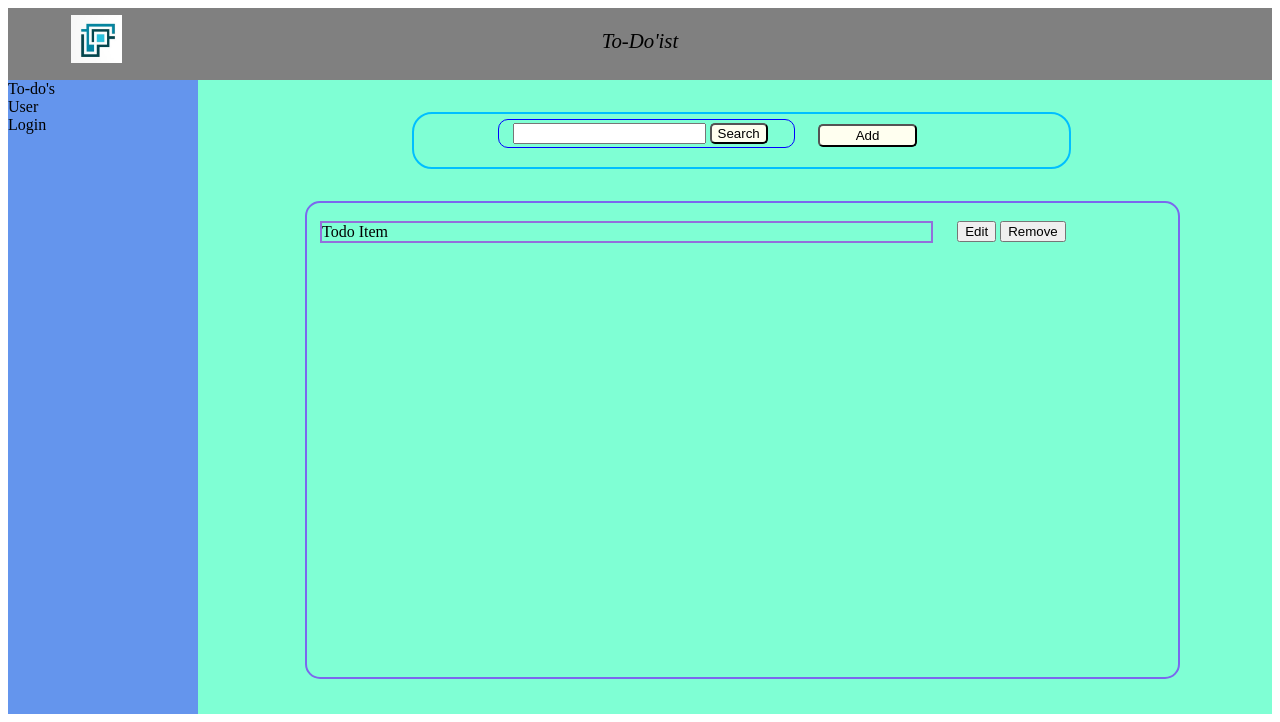
Repository: tavisca-pkadam/Todo-Website
Page: home.html
These files come from the project's save history. The page is drawn as it stood at one moment and after a run of saves; the edit follows.
The browser window is 1280 px wide. The pictures show the whole page.

Above is the page before, as saved 2019-08-20 08:03:15.

After the next 3 saves:
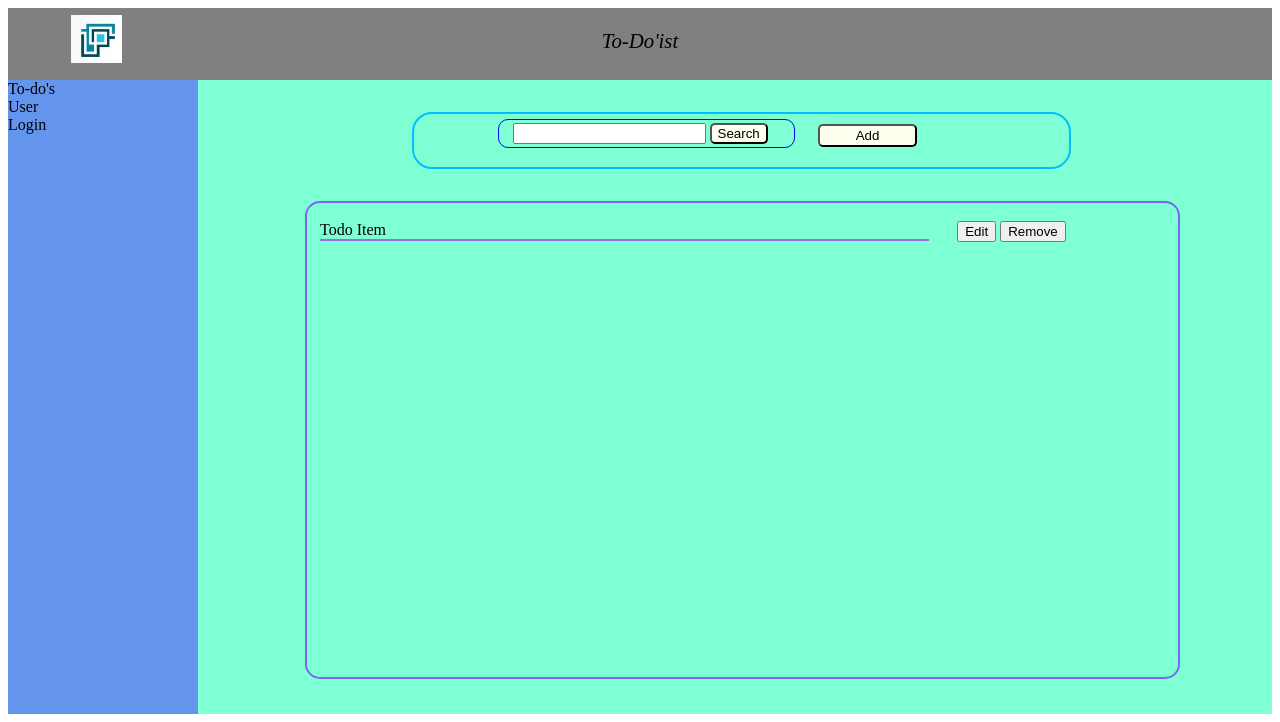
The 3 saves are shown as one change because they came seconds apart.
The last was saved 60 s later.
--- a/main.css
+++ b/main.css
@@ -121,9 +121,8 @@
 
     position: absolute;
 
-    border-left: 0px;
-    border-top: 0px;
+    border-bottom: 6px solid red;
+
     border-width: 2px;
-    border-style: solid;
     border-color: mediumpurple;
     }
